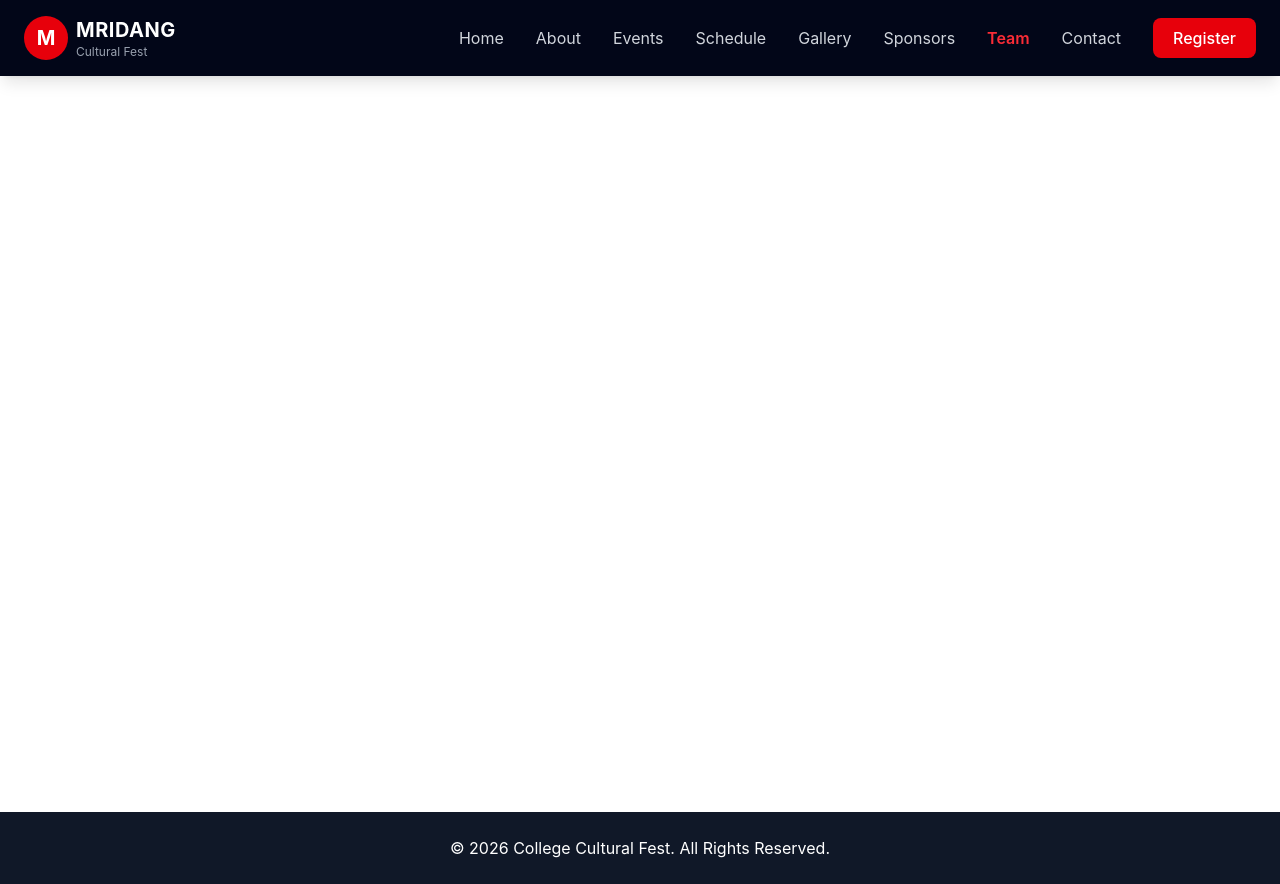
Repository: mridang-iiitu/Mridang-2k26
Page: /team
These files come from the project's save history. The page is drawn as it stood at one moment and after a run of saves; the edit follows.
The browser window is 1280 px wide. The pictures show the whole page.
The project was rebuilt for these pictures with package versions that can differ from the ones it lists, and the page was loaded fresh each time. Also part of the build but not shown: vite.config.js, src/pages/Home.jsx, src/pages/About.jsx, src/pages/Events.jsx, src/pages/Schedule.jsx, src/pages/Gallery.jsx, src/pages/Sponsors.jsx, src/pages/Contact.jsx.

Above is the page before, as saved 2026-08-03 13:40:28.

After the next 3 saves:
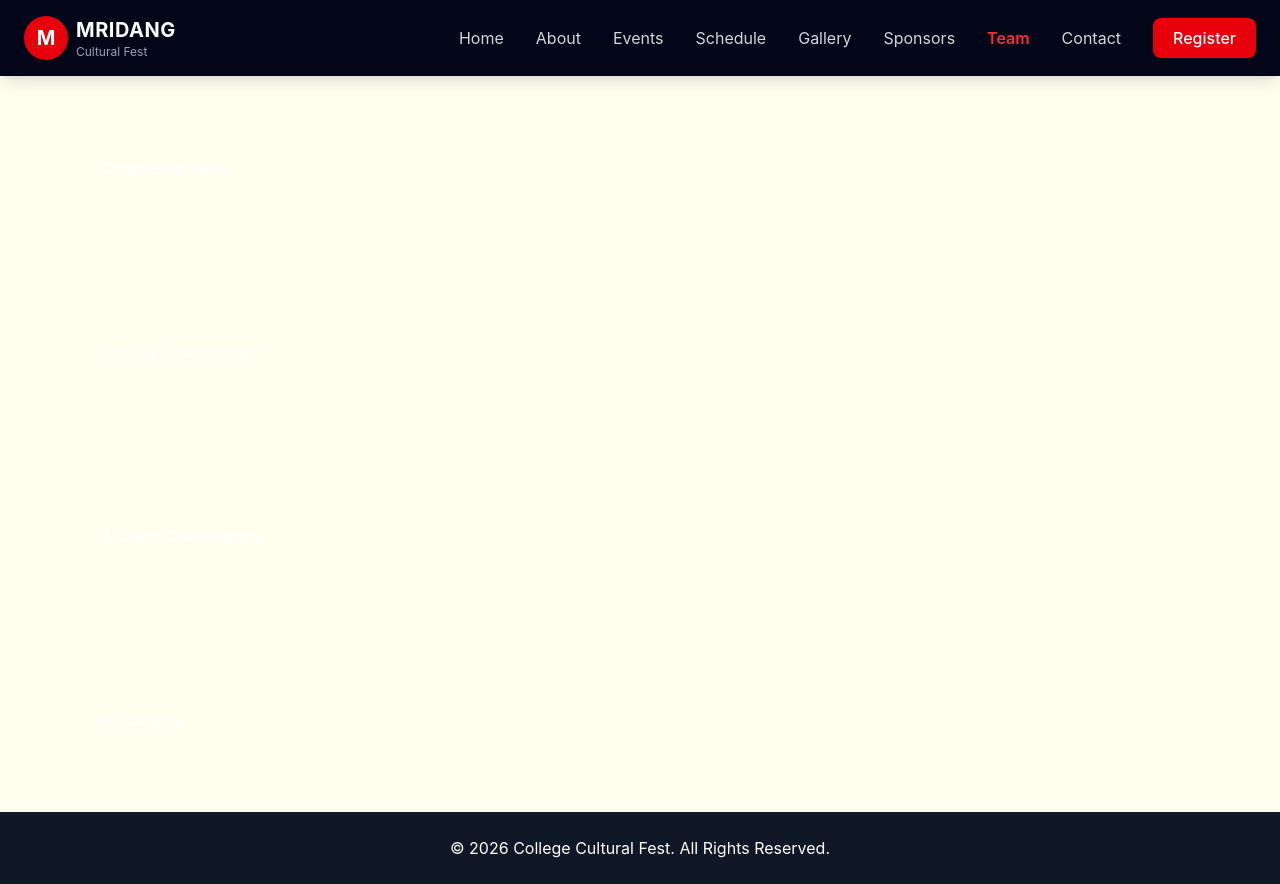
The 3 saves are shown as one change because they came seconds apart.
The last was saved 8 s later.
--- a/src/index.css
+++ b/src/index.css
@@ -8,7 +8,7 @@ body {
   margin: 0;
   padding: 0;
   font-family: Inter, "Segoe UI", sans-serif;
-  background: #;
+  background: #FFFFF0;
   color: white;
 }
 
